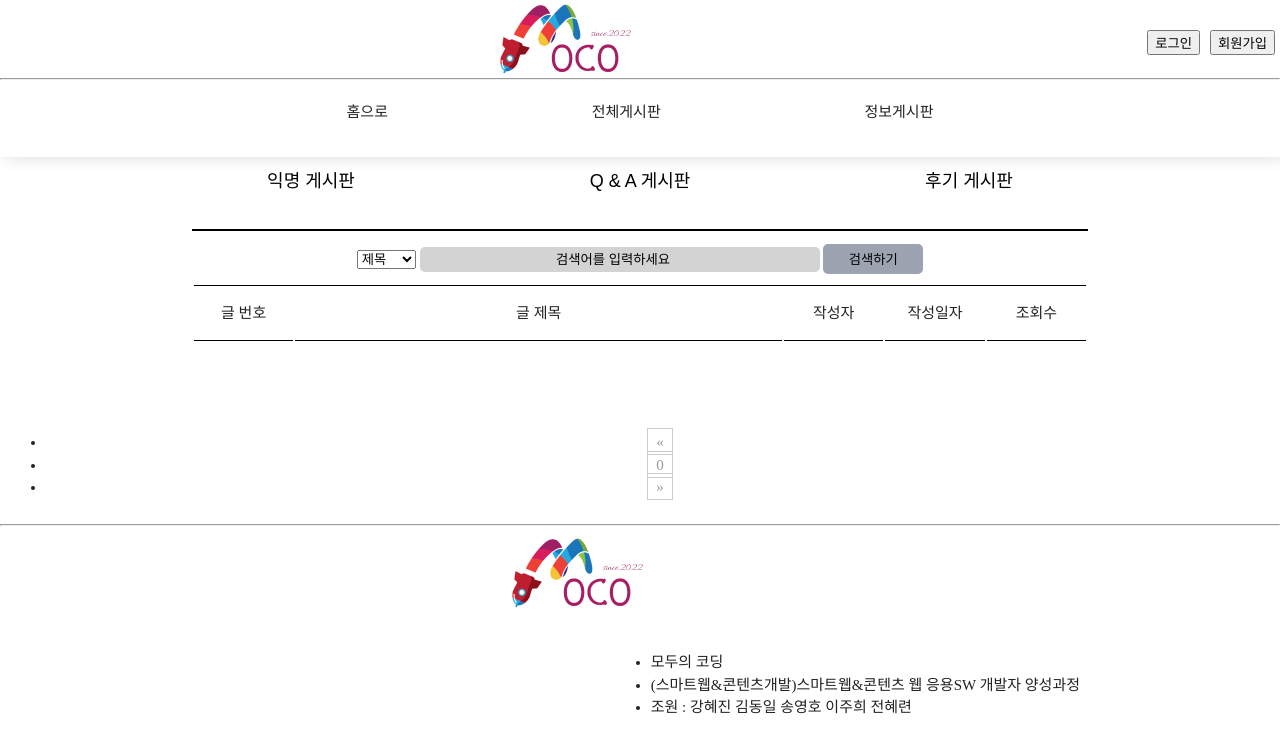
Repository: Pmyjava/mocosemi
Page: http://localhost/moco_SemiProject/WEB-INF/views/board/boardListQNA.jsp
The author's editor kept a copy of each file at every save. The page is drawn from the files as they stood at one save, then again after the next save.
The browser window is 1280 px wide. The pictures show the whole page.
The page is served by Tomcat 9. Nobody is signed in. Other server files are loaded and not shown. The template is opened directly, without the code that normally fills it, so the values that code supplies are empty.

Above is the page before, as saved 2022-11-23 05:39:50.
Console error: SyntaxError: Unexpected token ';'

### Semi_project2/moco_SemiProject/src/main/webapp/WEB-INF/views/board/boardListQNA.jsp
<%@ page language="java" contentType="text/html; charset=UTF-8"
    pageEncoding="UTF-8"%>
<%@ taglib prefix="c" uri="http://java.sun.com/jsp/jstl/core" %>
<!DOCTYPE html>
<html lang="en">
<head>
    <meta charset="UTF-8">
    <meta http-equiv="X-UA-Compatible" content="IE=edge">
    <meta name="viewport" content="width=device-width, initial-scale=1.0">
    <title>게시판</title>
    <style>
        .table{margin: auto;}
        .table td{width: 100px; text-align: center; height: 50px;}
        .table th{width: 150px; text-align: center; width: 325px;}
        #BoardListT{border-top: 2px solid black; width: 70%; }
        #BoardListT td{border-bottom: 1.5px solid black; width: 100px; height: 50px;}
        #BoardListT th{width: 150px; text-align: center; width: 325px;}

        .BoardList button{border: none;}
        #unknown{background-color: white; font-size: 18px; font-weight: 400;}
        #qNa{background-color: white; font-size: 18px; font-weight: 400;}
        #review{background-color: white; font-size: 18px; font-weight: 400;}
        #boardWrite{border: none; background-color: rgba(149, 156, 171, 0.925); color: black; border-radius: 10px;
                    height: 35px; width: 150px; text-align:center;
        }
        #boardWrite:hover{background-color: darkblue; color: white;}

        #searchText{border: none; width: 400px; height: 25px; border-radius: 5px; background-color: lightgray;}
        #searchText::placeholder{text-align: center; color: black;}

        #searchBtn{width: 100px; height: 30px; border: none; border-radius: 5px; background-color: rgba(149, 156, 171, 0.925);}
        #searchBtn:hover{background-color: darkblue; color: white;}

        #number{text-align: center;}
        #header{border: 1px solid black;}
        #footD{border: 1px solid black;}

        .page{padding-top:25px; text-align:center;}
    	.page {padding:3px; MARGIN:3px; TEXT-ALIGN: center}
    	.page A {padding:5px 8px 4px 8px; MARGIN: 2px; BORDER: #ccc 1px solid; COLOR: #999; TEXT-DECORATION: none}
    	.page A:hover {BORDER:#999 1px solid; COLOR: #666;}
    	.page A:active {BORDER:#999 1px solid; COLOR: #666;}
    	.page .current {BORDER: #117bff 1px solid; padding:5px 8px 4px 8px; FONT-WEIGHT: bold; MARGIN: 2px; COLOR: #036cb4;}
    	.page .disabled {BORDER: #eee 1px solid; padding:5px 8px 4px 8px; MARGIN: 2px; COLOR: #ddd;}
    </style>
</head>
<body>
	<header>
    	<jsp:include page="/WEB-INF/views/main/nav.jsp"/>
    </header>
    <br><br><br><br><br><br>
    <hr>
        <div class="BoardList">
        <table class="table" id="CategoryT">
            <tr style="height: 50px;">
            <c:if test="${ !empty loginUser }">
	            <th>
	                <button type="button" id="boardWrite"
	                  onclick="location.href='${contextPath}/boardWrite.bo'">
	                  + &emsp;게시글 작성
	                  </button>
               	</th>
	         </c:if>
	            <th><button type="button" id="unknown" onclick="location.href='${contextPath}/boardUnKnown.bo'"> 익명 게시판</button></th>
	            <th><button type="button" id="qNa" onclick="location.href='${contextPath}/boardQNA.bo'"> Q & A 게시판</button></th>
	            <th><button type="button" id="review" onclick="location.href='${contextPath}/boardReview.bo'"> 후기 게시판</button></th>
            </tr>
        </table>
        <br>
        <table class="table" id="BoardListT">
            <tr style="height: 50px;">
                <td colspan="5">
                	<select>
                		<option value="title">제목</option>
                		<option value="contect">내용</option>
                		<option value="writer">작성자</option>
                	</select>
                    <input type="search" id="searchText" name="searchName" placeholder="검색어를 입력하세요">
                    <button type="button" id="searchBtn">검색하기</button>
                </td>
            </tr>
            <tr>
                <td>글 번호</td>
                <td style="width: 500px;">글 제목</td>
                <td>작성자</td>
                <td>작성일자</td>
                <td>조회수</td>
            </tr>
             <tbody id="selectTbody">
	         	<c:forEach items="${ list }" var="b">
		          			<tr>
		            			<td>${ b.boardNum }</td>
		            			<td>${ b.boardTitle }</td>
		            			<td>${ b.nickName }</td>
				                <td>${ b.boardModifyDate }</td>
				                <td>${ b.boardView }</td>
		          			</tr>
		          </c:forEach>
	          </tbody>
        </table>
    </div>
    <br><br><br>
<div class="page">
        	<ul class="pagination">
	            <li class="page-item">
	            	<c:url var="goBack" value="${ loc }">
	            	<c:if test="${pi.currentPage>0 }">
	            			<c:param name="page" value="${ pi.currentPage-1 }"></c:param>
	            	</c:if>
	            	</c:url>
	            	<a class="page-link" href="${ goBack }" aria-label="Previous">
	            		<span aria-hidden="true">&laquo;</span>
	              	</a>
	            </li>
	            <c:forEach begin="${ pi.startPage }" end="${ pi.endPage }" var="p">
	            	<c:url var="goNum" value="${ loc }">
	            		<c:param name="page" value="${ p }"></c:param>
	            	</c:url>
		            <li class="page-item"><a class="page-link" href="${ goNum }">${ p }</a></li>
	            </c:forEach>
	            <li class="page-item">
            	    <c:url var="goNext" value="${ loc }">
            	    	<c:if test="${pi.endPage > pi.currentPage }">
            	    		<c:param name="page" value="${ pi.currentPage+1 }"></c:param>
            	    	</c:if>
	            	</c:url>
	            	<a class="page-link" href="${ goNext }" aria-label="Next">
	            		<span aria-hidden="true">&raquo;</span>
	            	</a>
	            </li>
	    	</ul>
	    </div>
	    <hr>
	    <footer>
	    	<jsp:include page="/WEB-INF/views/main/footer.jsp"/>
	    </footer>
	<script>
		window.onload = () =>{
			const tbody = document.querySelector('tbody');
			const tds = tbody.querySelectorAll('td');
			for(const td of tds){
				td.addEventListener('click', function(){
					const trTds = this.parentElement.querySelectorAll('td');
					const boardId = trTds[0].innerText;
					const writer = trTds[2].innerText;
					location.href='${contextPath}/selectBoard.bo?bId=' + boardId + '&writer=' + writer + '&page=' + ${pi.currentPage};
				});
			}
		}
	</script>
</body>
</html>

### Semi_project2/moco_SemiProject/src/main/webapp/WEB-INF/views/main/nav.jsp
<%@ page language="java" contentType="text/html; charset=UTF-8"
    pageEncoding="UTF-8"%>
<%@ taglib prefix="c" uri="http://java.sun.com/jsp/jstl/core" %>

<!DOCTYPE html>
<html lang="ko">
<head>
    <meta charset="UTF-8">
    <meta http-equiv="X-UA-Compatible" content="IE=edge">
    <meta name="viewport" content="width=device-width, initial-scale=1.0">
    <title>nav</title>
    <style>
    	body {
			    margin: 0;
			    color: #222;
			    line-height: 1.5em;
			    font-size: 15px;
			    background-color: white;
			    font-weight: 300;
			}

		header {
			    font-weight: normal;
			    background: white;
			    box-shadow: 5px 0 15px rgba(0, 0, 0, 0.15);
			    width: 100%;
			    position: fixed;
			      top: 0;
			 	 left: 0;
			 	 right: 0;
			 	z-index: 555;
			}
		.navlogin input{
				margin: 5px;
			}
		.navlogin p{
			margin-top: -100px;
			text-align: right;
		}
		#login{
				margin-top: 30px;
				float:right;
			}

		#enroll{
				margin-top: 30px;
				float:right;
			}

		nav {
			    /* border: 1px solid red; */
			    width: 100%;
			    margin: auto;
			}

		nav > div {
			    /* border: 1px solid #000; */
			    height: 70px;
			    line-height: 50px;
			}
		.gnb a {
			    text-decoration: none;
			    color: #222;
			}

		.gnb {
			    display: inline-block;
			    width: 100%;
			    text-align: center;
			}

		.gnb a {
			    margin: 100px;
			}
    </style>
</head>
<body>
	<c:set value="${ pageContext.servletContext.contextPath }" var="contextPath" scope="application"/>
        <!-- header 영역 -->
        <header>
            <!-- 상단 nav bar -->
            <nav>
            	<!-- 제목, 로그인 -->
            	<div style="text-align:center" class="navlogin">
            		<a href="${contextPath }">
            			<img src="resources/assets/moco.png" id="logo">
            		</a>
            		<!-- 로그인 아닐시 -->
            		<c:if test="${ empty loginUser }">
            			<input type="button" id = "enroll" onclick="location.href='${contextPath}/enrollView.me'" value="회원가입"/>
            			<input type="button" id = "login" onclick="location.href='${contextPath}/loginView.me'" value="로그인"/>
            		</c:if>
            		<!-- 로그인 일시 -->
            		<c:if test="${ !empty loginUser }">
            			<p>
            				${ loginUser.memberNickName }님 환영합니다.
            				<button type="button" onclick="location.href='${contextPath}/logout.me'">로그아웃</button>
            			</p>
            		</c:if>
            	</div>
            	<hr>
                <!-- 목차 -->
                <div class="gnb">
                    <a href="${contextPath }">홈으로</a>
                    <a href="${contextPath }/list.bo">전체게시판</a>
                    <a href="${contextPath }/infoList.in">정보게시판</a>
                    <!-- 로그인이 아닐시 -->
                    <c:if test="${ empty loginUser }">
                    	<a href="#" style="display:none">마이페이지</a>
                    </c:if>
                    <!-- 로그인 일시 -->
                     <c:if test="${ !empty loginUser }">
                     	<!-- 일반회원일시. -->
                     	<c:if test="${loginUser.memberIsAdmin eq 'Y'}">
                     		<a href="#">관리자페이지</a>
                     	</c:if>
                    	<!-- 관리자 회원일시. -->
                     	<c:if test="${loginUser.memberIsAdmin eq 'N'}">
                     		<a href="#">마이페이지</a>
                     	</c:if>
                    </c:if>
                </div>
            </nav>
        </header>
</body>
</html>

### Semi_project2/moco_SemiProject/src/main/webapp/WEB-INF/views/main/footer.jsp
<%@ page language="java" contentType="text/html; charset=UTF-8"
    pageEncoding="UTF-8"%>
<!DOCTYPE html>
<html>
<head>
<meta charset="UTF-8">
<title>footer</title>
<style>
	body {
	    margin: 0;
	    color: #222;
	    line-height: 1.5em;
	    font-size: 15px;
	    background-color: white;
	    font-weight: 300;
	}
	footer {
		width: 100%;
	}

	#footer_logo {
	    float: left;
	    margin : 0px 0px 0px 500px;
	}
	#footer_box #address {
	    float: right;
	    margin : 0px 200px 0px 0px;
	}
</style>
</head>
<body>
	<footer>
	<div id="footer_box">
        <div id="footer_logo">
            <img src="resources/assets/moco.png">
        </div>
        <div id="address">
            <ul>
                <li>모두의 코딩</li>
                <li>(스마트웹&콘텐츠개발)스마트웹&콘텐츠 웹 응용SW 개발자 양성과정</li>
                <li>조원 : 강혜진 김동일 송영호 이주희 전혜련 </li>
            </ul>
        </div>
    </div>
</footer>
</body>
</html>

After the next save:
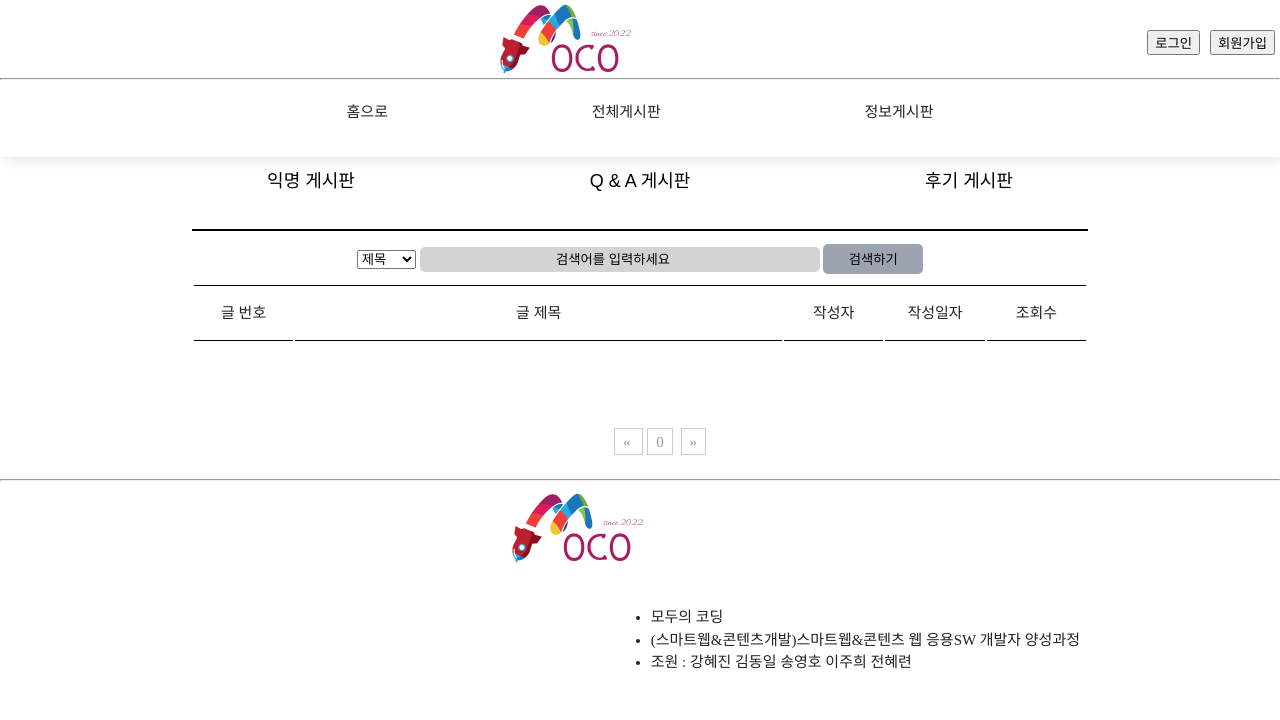
Saved 6 min 37 s later.
--- a/Semi_project2/moco_SemiProject/src/main/webapp/WEB-INF/views/board/boardListQNA.jsp
+++ b/Semi_project2/moco_SemiProject/src/main/webapp/WEB-INF/views/board/boardListQNA.jsp
@@ -34,6 +34,11 @@
         #number{text-align: center;}
         #header{border: 1px solid black;}
         #footD{border: 1px solid black;}
+
+        .pagination li {
+		  display: inline;
+		  text-align: center;
+		  }
 
         .page{padding-top:25px; text-align:center;}
     	.page {padding:3px; MARGIN:3px; TEXT-ALIGN: center}
